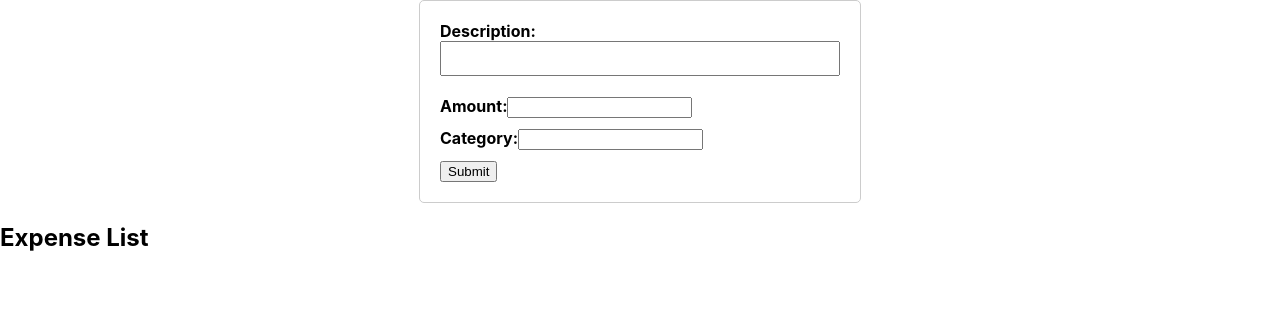
Repository: Victor-MGB/basic-expense-tracker
Page: / (app in expense-tracker/)
The author's editor kept a copy of each file at every save. The page is drawn from the files as they stood at one save, then again after the next save.
The browser window is 1280 px wide. The pictures show the whole page.
The project was rebuilt for these pictures with package versions that can differ from the ones it lists, and the page was loaded fresh each time. Also part of the build but not shown: expense-tracker/src/component/ExpenseItem.js.

Above is the page before, as saved 2023-12-10 22:43:55.

After the next save:
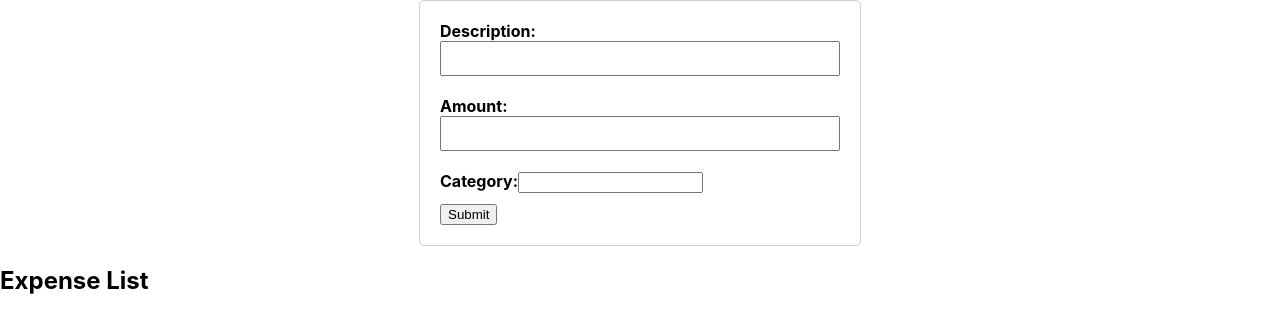
Saved 5 s later.
--- a/expense-tracker/src/component/ExpenseForm.js
+++ b/expense-tracker/src/component/ExpenseForm.js
@@ -71,7 +71,7 @@ export function ExpenseForm({onAddExpense}) {
 
             <label style={labelStyle}>
                 Amount:
-                <input type='text' value={amount} onChange={handleAmount} styel/>
+                <input type='text' value={amount} onChange={handleAmount} style={inputStyle}/>
             </label>
 
             <label style={labelStyle}>
